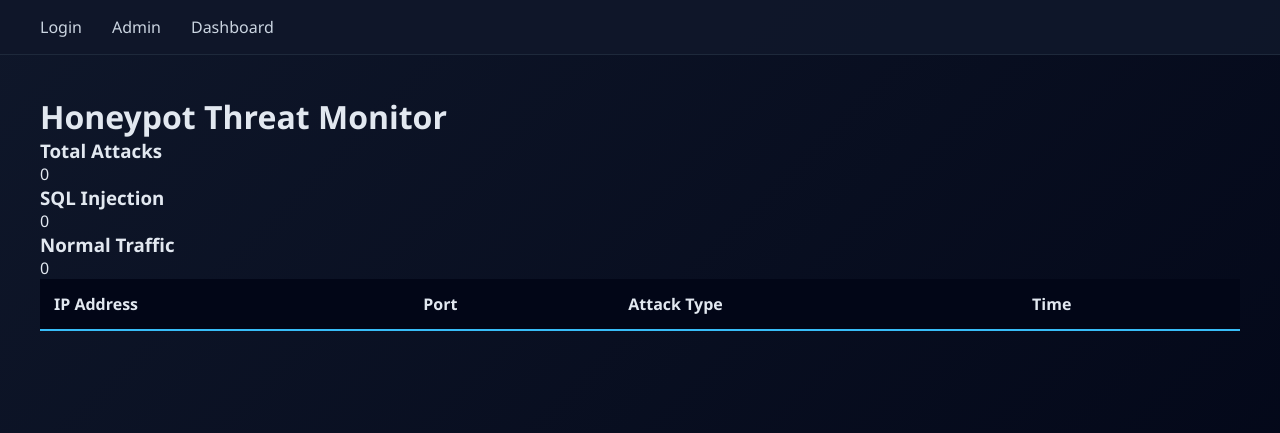
Repository: phanindrareddy2006/Honeypot
Page: /dashboard (app in honeypot-frontend/)
An editor plug-in stored every save of this project. The page is shown before and after the next save, followed by the edit.
The browser window is 1280 px wide. The pictures show the whole page.
The page's requests for data from a server got no answer. The project was rebuilt for these pictures with package versions that can differ from the ones it lists, and the page was loaded fresh each time. No one was signed in, and anything a server would have sent is missing. Also part of the build but not shown: honeypot-frontend/vite.config.js, honeypot-frontend/src/components/Login.css, honeypot-frontend/src/components/Login.jsx, honeypot-frontend/src/components/Admin.css, honeypot-frontend/src/components/Admin.jsx.

Above is the page before, as saved 2026-02-21 10:34:09.

After the next save:
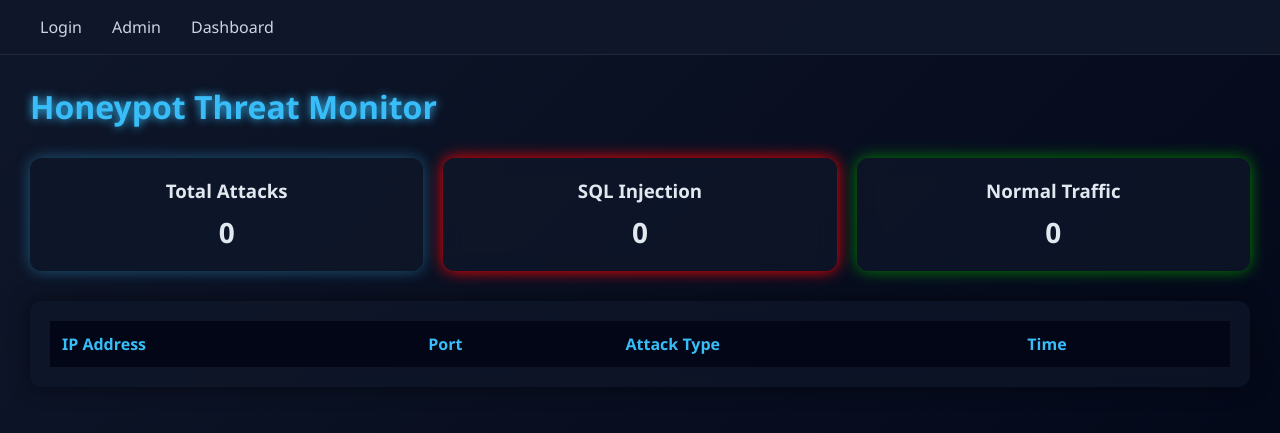
Saved 9 s later.
--- a/honeypot-frontend/src/components/Dashboard.css
+++ b/honeypot-frontend/src/components/Dashboard.css
@@ -1,51 +1,137 @@
-/* Dashboard.css */
-
 .dashboard {
 
-  padding: 40px;
+padding: 30px;
+
+color: #e2e8f0;
 
 }
 
-.dashboard h2 {
+.title {
 
-  margin-bottom: 20px;
+margin-bottom: 30px;
 
-  color: #38bdf8;
+color: #38bdf8;
+
+text-shadow: 0 0 10px #38bdf8;
+
+}
+
+/* Cards */
+
+.cards {
+
+display: flex;
+
+gap: 20px;
+
+margin-bottom: 30px;
+
+}
+
+.card {
+
+flex: 1;
+
+padding: 20px;
+
+background: rgba(15, 23, 42, 0.7);
+
+border-radius: 12px;
+
+backdrop-filter: blur(10px);
+
+box-shadow: 0 0 15px rgba(56, 189, 248, 0.4);
+
+text-align: center;
+
+}
+
+.card h3 {
+
+margin-bottom: 10px;
+
+}
+
+.card p {
+
+font-size: 28px;
+
+font-weight: bold;
+
+}
+
+.card.danger {
+
+box-shadow: 0 0 15px red;
+
+}
+
+.card.safe {
+
+box-shadow: 0 0 15px green;
+
+}
+
+/* Table */
+
+.table-container {
+
+background: rgba(15, 23, 42, 0.7);
+
+padding: 20px;
+
+border-radius: 12px;
+
+backdrop-filter: blur(10px);
+
+box-shadow: 0 0 20px rgba(0,0,0,0.5);
 
 }
 
 table {
 
-  width: 100%;
+width: 100%;
 
-  border-collapse: collapse;
-
-  background: rgba(15, 23, 42, 0.95);
+border-collapse: collapse;
 
 }
 
 th {
 
-  background: #020617;
+padding: 12px;
 
-  padding: 14px;
+background: #020617;
 
-  text-align: left;
+color: #38bdf8;
 
-  border-bottom: 2px solid #38bdf8;
+text-align: left;
 
 }
 
 td {
 
-  padding: 12px;
+padding: 12px;
 
-  border-bottom: 1px solid #1e293b;
+border-bottom: 1px solid #1e293b;
 
 }
 
 tr:hover {
 
-  background: rgba(56, 189, 248, 0.1);
+background: rgba(56,189,248,0.1);
 
 }
+
+.danger-text {
+
+color: red;
+
+font-weight: bold;
+
+}
+
+.safe-text {
+
+color: #22c55e;
+
+}
